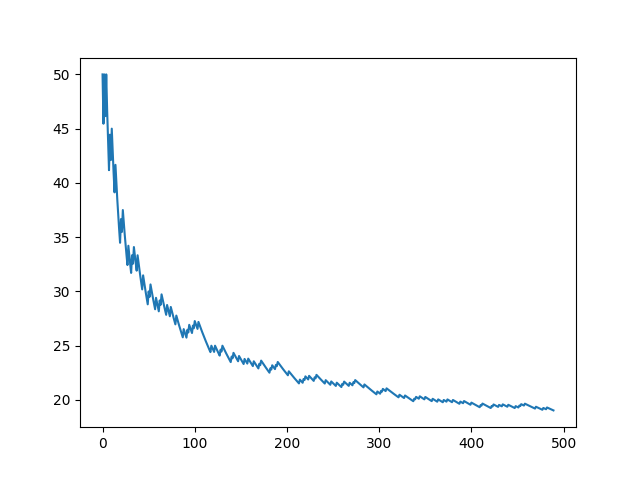
Repository: Vorztek/Data
Script's output: python Exercices_Python/Old_project/Maths_and_algorithms/Première_série_exo/génération_nombre_premiers.py
An editor plug-in stored every save of this project. The script's output is shown before and after the next save, followed by the edit.
Random numbers start from a fixed seed.

Above is the script's output before, as saved 2021-07-28 14:25:01.

### Exercices_Python/Old_project/Maths_and_algorithms/Première_série_exo/génération_nombre_premiers.py
import matplotlib.pyplot as plt
import numpy as np

def is_prime(p):
    if p < 1:
        return False
    for j in range(2, p):
        if p % j == 0:
            return False
    else:
        return True

def number_of_prime(n):
    compte = 0
    # Pour chaque élement compris dans la liste de chaque élement de l'intervalle
    for i in range(n):
        if is_prime(i) is True:
            compte += 1
    # Print("Entre 1 et {} il y a {} nombres premier".format(valeur, compte))
    pourcent = ((compte / n) *100)
    return pourcent

def courbe():
    #valeur = int(input("Quelle est la valeur maximale souhaitée : "))
    liste1 = [number_of_prime(n) for n in range(10, 500)]
    return liste1

plt.plot(courbe())
plt.show()

After the next save:
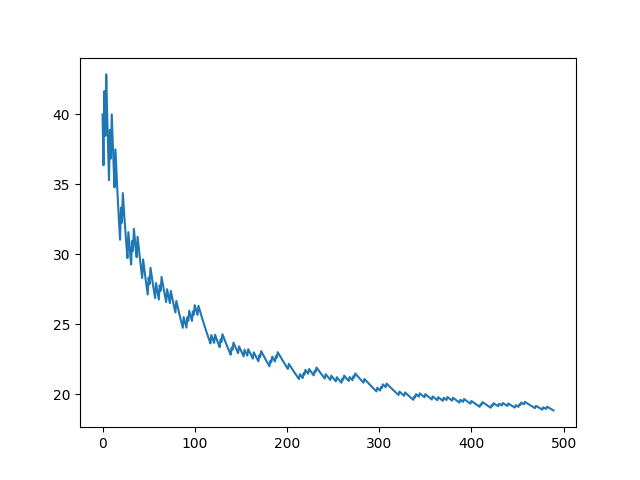
Saved 6 s later.
--- a/Exercices_Python/Old_project/Maths_and_algorithms/Première_série_exo/génération_nombre_premiers.py
+++ b/Exercices_Python/Old_project/Maths_and_algorithms/Première_série_exo/génération_nombre_premiers.py
@@ -2,7 +2,7 @@ import matplotlib.pyplot as plt
 import numpy as np
 
 def is_prime(p):
-    if p < 1:
+    if p < 2:
         return False
     for j in range(2, p):
         if p % j == 0:
